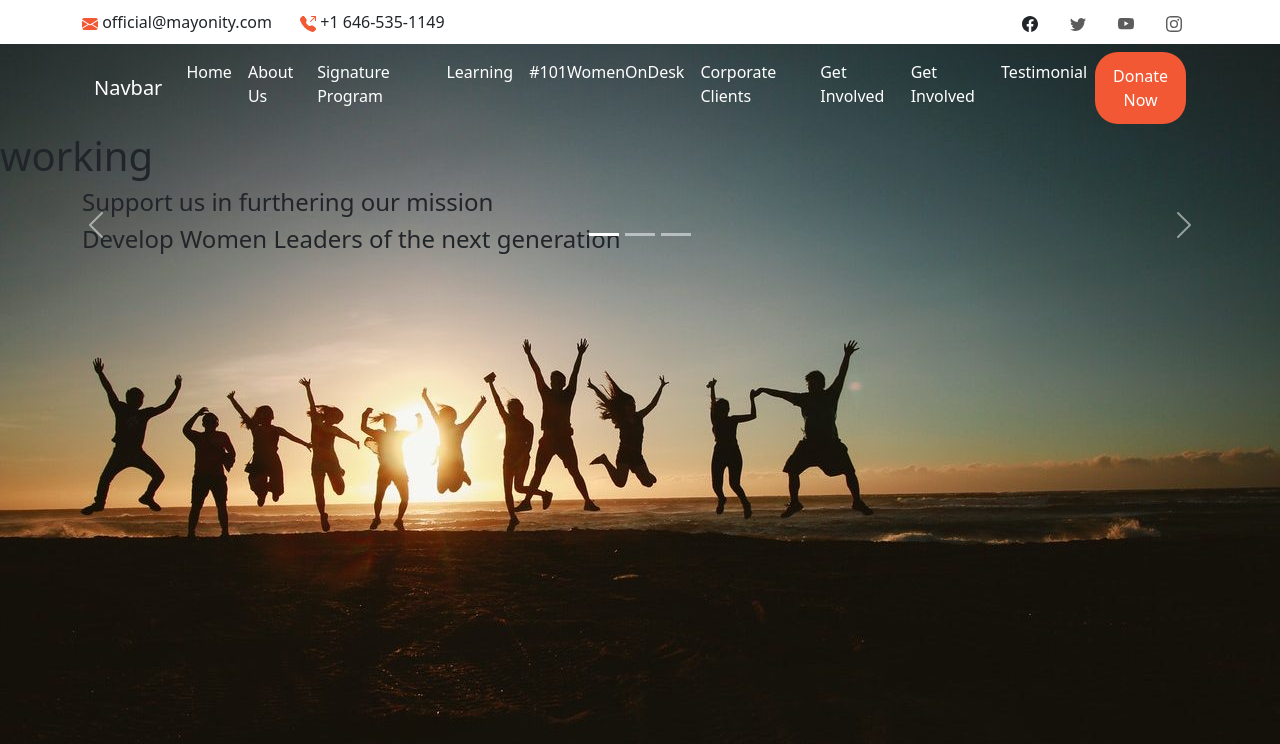
Repository: rizwan-zafar/wings
Page: /
These files come from the project's save history. The page is drawn as it stood at one moment and after the next save; the edit follows.
The browser window is 1280 px wide. The pictures show the whole page.
The project was rebuilt for these pictures with package versions that can differ from the ones it lists, and the page was loaded fresh each time.

Above is the page before, as saved 2022-11-26 00:00:14.

### public/index.html
<!DOCTYPE html>
<html lang="en">
  <head>
    <meta charset="utf-8" />
    <link rel="icon" href="%PUBLIC_URL%/favicon.ico" />
    <meta name="viewport" content="width=device-width, initial-scale=1" />
    <meta name="theme-color" content="#000000" />
    <meta
      name="description"
      content="Web site created using create-react-app"
    />
    <link rel="apple-touch-icon" href="%PUBLIC_URL%/logo192.png" />
    <!--
      manifest.json provides metadata used when your web app is installed on a
      user's mobile device or desktop. See https://developers.google.com/web/fundamentals/web-app-manifest/
    -->
    <link rel="manifest" href="%PUBLIC_URL%/manifest.json" />
    <!--
      Notice the use of %PUBLIC_URL% in the tags above.
      It will be replaced with the URL of the `public` folder during the build.
      Only files inside the `public` folder can be referenced from the HTML.

      Unlike "/favicon.ico" or "favicon.ico", "%PUBLIC_URL%/favicon.ico" will
      work correctly both with client-side routing and a non-root public URL.
      Learn how to configure a non-root public URL by running `npm run build`.
    -->
    <title>Wings</title>
  </head>
  <body>
    <noscript>You need to enable JavaScript to run this app.</noscript>
    <div id="root"></div>
    <!--
      This HTML file is a template.
      If you open it directly in the browser, you will see an empty page.

      You can add webfonts, meta tags, or analytics to this file.
      The build step will place the bundled scripts into the <body> tag.

      To begin the development, run `npm start` or `yarn start`.
      To create a production bundle, use `npm run build` or `yarn build`.
    -->
  </body>
</html>

### src/index.js
import React from 'react';
import ReactDOM from 'react-dom/client';
import './index.css';
import App from './App';
import "../node_modules/bootstrap/dist/css/bootstrap.min.css"
import "../node_modules/bootstrap/dist/js/bootstrap.min.js"

const root = ReactDOM.createRoot(document.getElementById('root'));
root.render(
  <React.StrictMode>
    <App />
  </React.StrictMode>
);

// If you want to start measuring performance in your app, pass a function
// to log results (for example: reportWebVitals(console.log))
// or send to an analytics endpoint. Learn more: https://bit.ly/CRA-vitals

### src/index.css
html {
  margin: 0;
  padding: 0;
  font-family: -apple-system, BlinkMacSystemFont, 'Segoe UI', 'Roboto', 'Oxygen',
    'Ubuntu', 'Cantarell', 'Fira Sans', 'Droid Sans', 'Helvetica Neue',
    sans-serif;
  -webkit-font-smoothing: antialiased;
  -moz-osx-font-smoothing: grayscale;
}
.icons{
  color:#f15833 ;
}
.social-icons{
  color:#000000a3
}

### src/App.js
import Home from "./Pages/Home"
function App() {
  return (

    <>
      <Home />
    </>

  );
}

export default App;

### src/Pages/Home.js
import React from 'react'
import TopNavbar from "../Components/Topnavbar"
// import Navbar from "../Components/Navbar"
import Slider from "../Components/Slider"
export default function Home() {
    return (
        <div>
            <TopNavbar />
            {/* <Navbar /> */}
            <Slider />
        </div>
    )
}

### src/Components/Topnavbar.js
import React from 'react'
import "../Css/Topnav.css"
import { EnvelopeFill, TelephoneOutboundFill, Twitter, Youtube, Instagram, Facebook } from "react-bootstrap-icons"
export default function Topnavbar() {
    return (
        <div className="top-bar container d-flex justify-content-between">
            <div>
                <span> <EnvelopeFill className="icons" /> official@mayonity.com</span>
                <span className="set-padding p-4"> <TelephoneOutboundFill className="icons ml-3" /> +1 646-535-1149</span>
            </div>
            <div>
                <span className="p-3 social-icons-"><Facebook /></span>
                <span className="p-3 social-icons"><Twitter /></span>
                <span className="p-3 social-icons"><Youtube /></span>
                <span className="p-3 social-icons"><Instagram /></span>
            </div>
        </div>
    )
}

### src/Components/Slider.js
import React from 'react'
import "../Css/Slider.css"
import Navbar from "../Components/Navbar"
export default function Slider() {
    return (
        <div className="set-slider">
            <Navbar />
             <h1>working</h1>
             <div id="carouselExampleCaptions" className=" carousel slide" data-bs-ride="false">
  <div className="carousel-indicators">
    <button type="button" data-bs-target="#carouselExampleCaptions" data-bs-slide-to="0" className="active" aria-current="true" aria-label="Slide 1"></button>
    <button type="button" data-bs-target="#carouselExampleCaptions" data-bs-slide-to="1" aria-label="Slide 2"></button>
    <button type="button" data-bs-target="#carouselExampleCaptions" data-bs-slide-to="2" aria-label="Slide 3"></button>
  </div>
  <div className="carousel-inner container">
    <div className="carousel-item active">
      {/* <img src="https://thumbs.dreamstime.com/b/happy-active-kids-group-six-boys-team-sitting-grass-balls-smiling-sunny-summer-day-33824066.jpg" className="d-block w-100" alt="..." /> */}
     <div>
  <h4>Support us in furthering our mission</h4>
  <h4>Develop Women Leaders of the next generation</h4>
  </div>
    </div>
  </div>
  <button className="carousel-control-prev" type="button" data-bs-target="#carouselExampleCaptions" data-bs-slide="prev">
    <span className="carousel-control-prev-icon" aria-hidden="true"></span>
    <span className="visually-hidden">Previous</span>
  </button>
  <button className="carousel-control-next" type="button" data-bs-target="#carouselExampleCaptions" data-bs-slide="next">
    <span className="carousel-control-next-icon" aria-hidden="true"></span>
    <span className="visually-hidden">Next</span>
  </button>
</div>
        </div>
    )
}

### src/Css/Topnav.css
.top-bar{
background-color: #fff;
padding: 10px;
}
.nav-container .btn
{
    background: #f15833;
    border-radius: 23px;
    color: white;
    padding: 11px;
    font-weight: 500;
}
 .nav-container nav ul li a
{
    color:  white;
}

### src/Css/Slider.css
.set-slider{
    background-image: url("/public/Images/header.jpg");
    background-size: cover;
    background-repeat: no-repeat;
    height: 700px;
}
.set-slider {
    top:500px
}

### src/Components/Navbar.js
import React from 'react'

export default function Navbar() {
    return (
        <div className="nav-container container">
        <nav className="navbar navbar-expand-lg navbar-dark">
  <div className="container-fluid">
    <a className="navbar-brand" href="/">Navbar</a>
    <button className="navbar-toggler" type="button" data-bs-toggle="collapse" data-bs-target="#navbarNav" aria-controls="navbarNav" aria-expanded="false" aria-label="Toggle navigation">
      <span className="navbar-toggler-icon"></span>
    </button>
    <div className="collapse navbar-collapse" id="navbarNav">
      <ul className="navbar-nav ms-auto">
        <li className="nav-item">
          <a className="nav-link active" aria-current="page" href="/">Home</a>
        </li>
        <li className="nav-item">
          <a className="nav-link" href="/">About Us</a>
        </li>
        <li className="nav-item">
          <a className="nav-link" href="/">Signature Program</a>
        </li>
        <li className="nav-item">
          <a className="nav-link" href="/">Learning</a>
        </li>
        <li className="nav-item">
          <a className="nav-link" href="/">#101WomenOnDesk</a>
        </li>
        <li className="nav-item">
          <a className="nav-link" href="/">Corporate Clients</a>
        </li>
        <li className="nav-item">
          <a className="nav-link" href="/">Get Involved</a>
        </li>
        <li className="nav-item">
          <a className="nav-link" href="/">Get Involved</a>
        </li>
        <li className="nav-item">
          <a className="nav-link" href="/">Testimonial</a>
        </li>
        <li className="nav-item">
          <a className="nav-link btn " href="/">Donate Now</a>
        </li>

      </ul>
    </div>
  </div>
</nav>
        </div>
    )
}

After the next save:
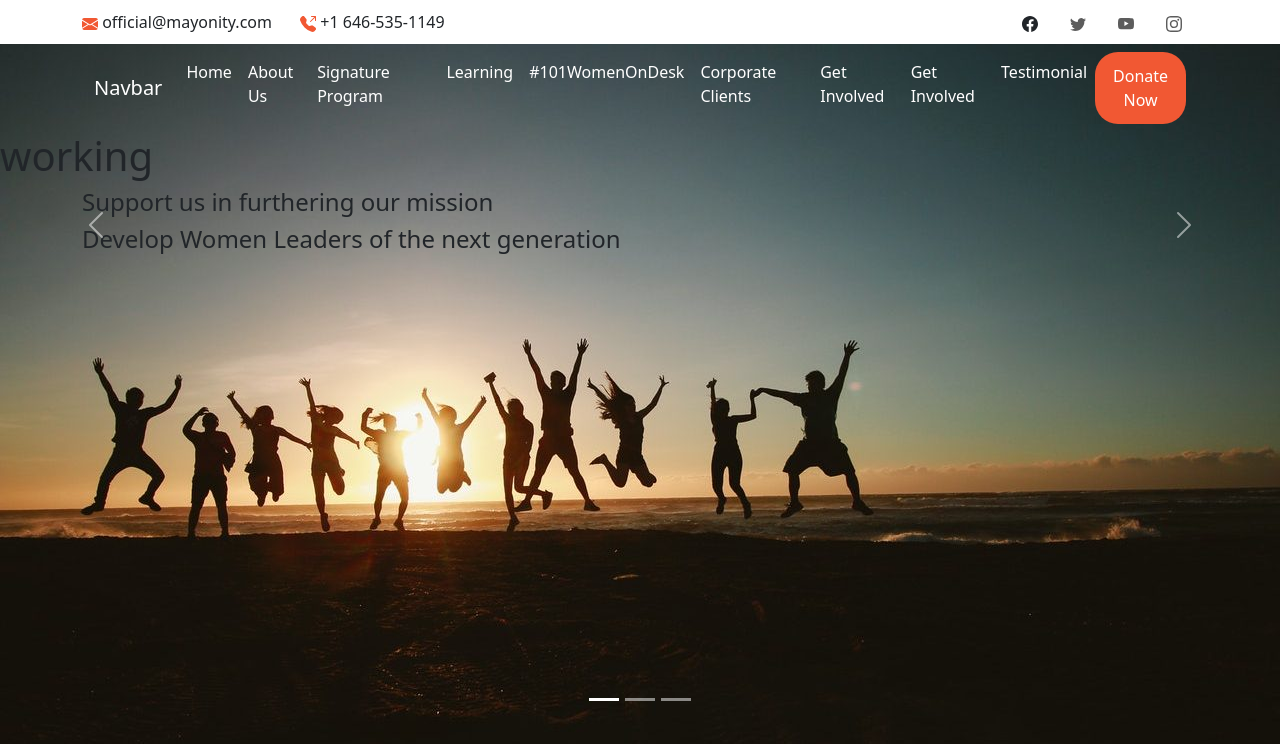
Saved 78 s later.
--- a/src/Css/Slider.css
+++ b/src/Css/Slider.css
@@ -4,6 +4,6 @@
     background-repeat: no-repeat;
     height: 700px;
 }
-.set-slider {
+.set-slider .carousel-indicators{
     top:500px
 }
